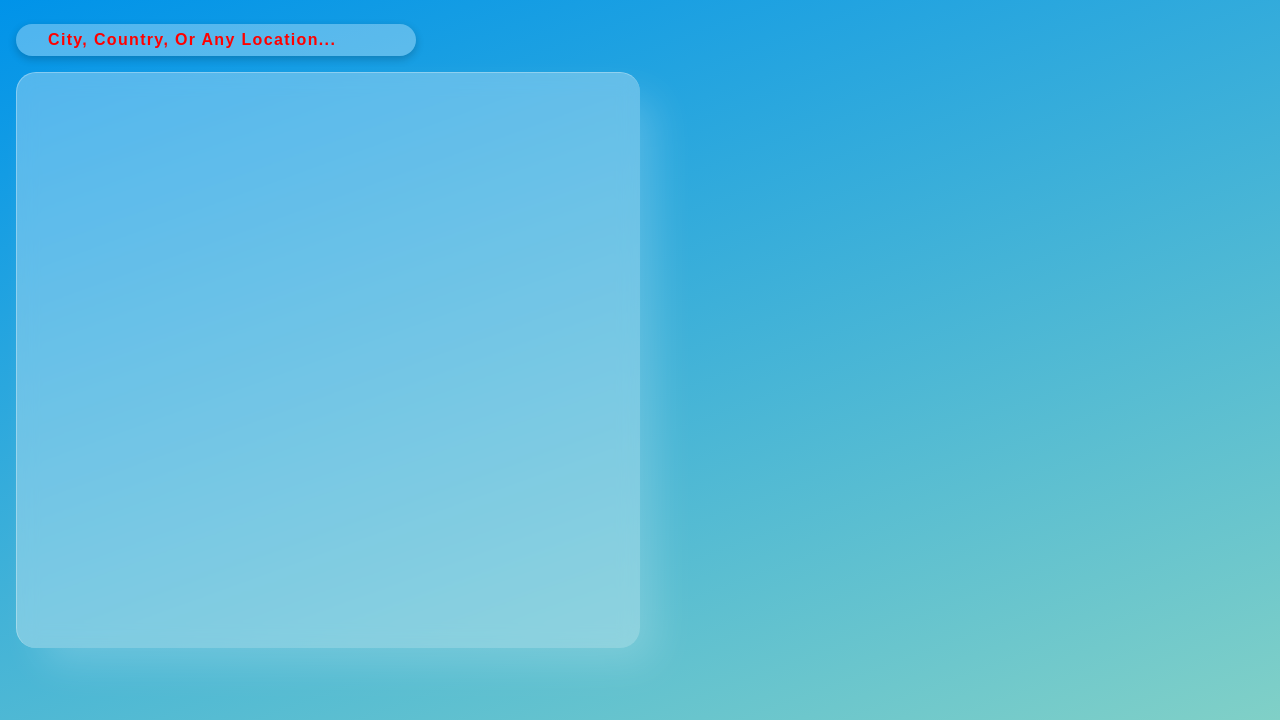
Repository: Haydenleung/weather-app-2024
Page: /
These files come from the project's save history. The page is drawn as it stood at one moment and after a run of saves; the edit follows.
The browser window is 1280 px wide. The pictures show the whole page.
The project was rebuilt for these pictures with package versions that can differ from the ones it lists, and the page was loaded fresh each time. The framework's server and built-in components were replaced by stand-ins that run in the browser. Also part of the build but not shown: next.config.mjs.

Above is the page before, as saved 2024-02-09 09:29:23.

After the next 2 saves:
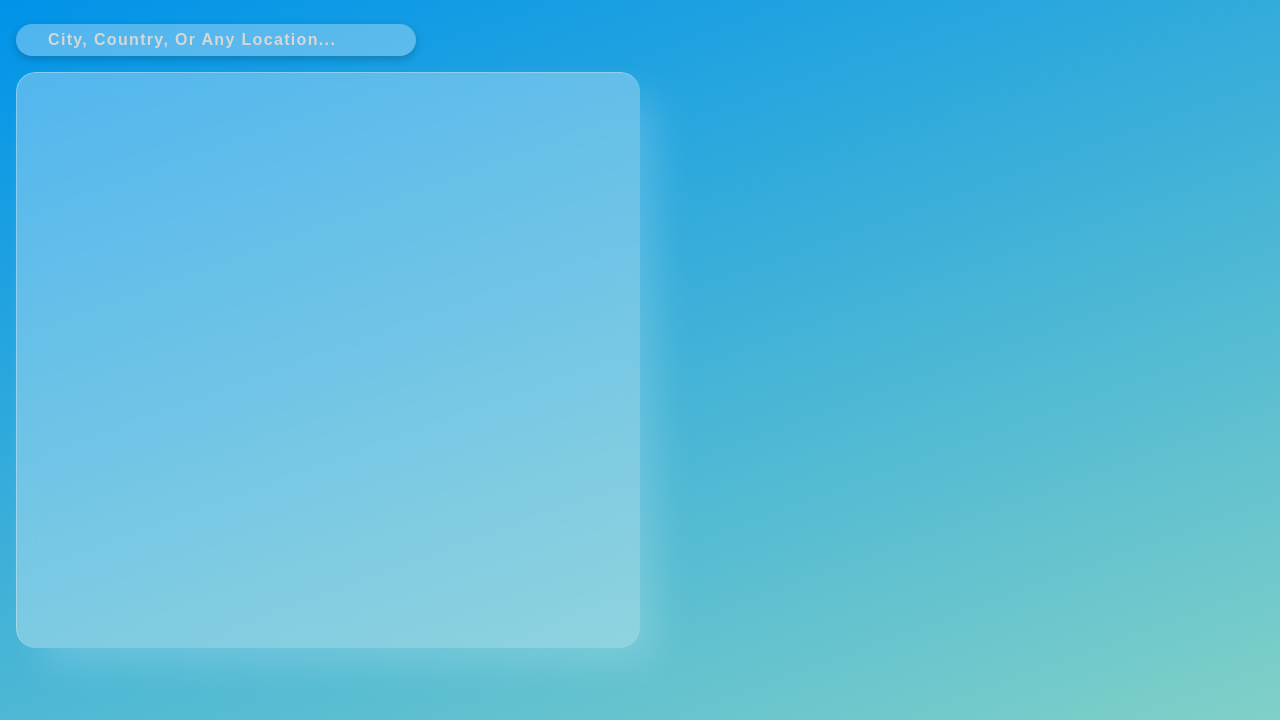
The 2 saves are shown as one change because they came seconds apart.
The last was saved 7 s later.
--- a/src/styles/globals.css
+++ b/src/styles/globals.css
@@ -55,7 +55,7 @@ textarea {
 }
 
 ::placeholder {
-  color: red;
+  color: rgb(215, 215, 215);
   opacity: 1;
 }
 
